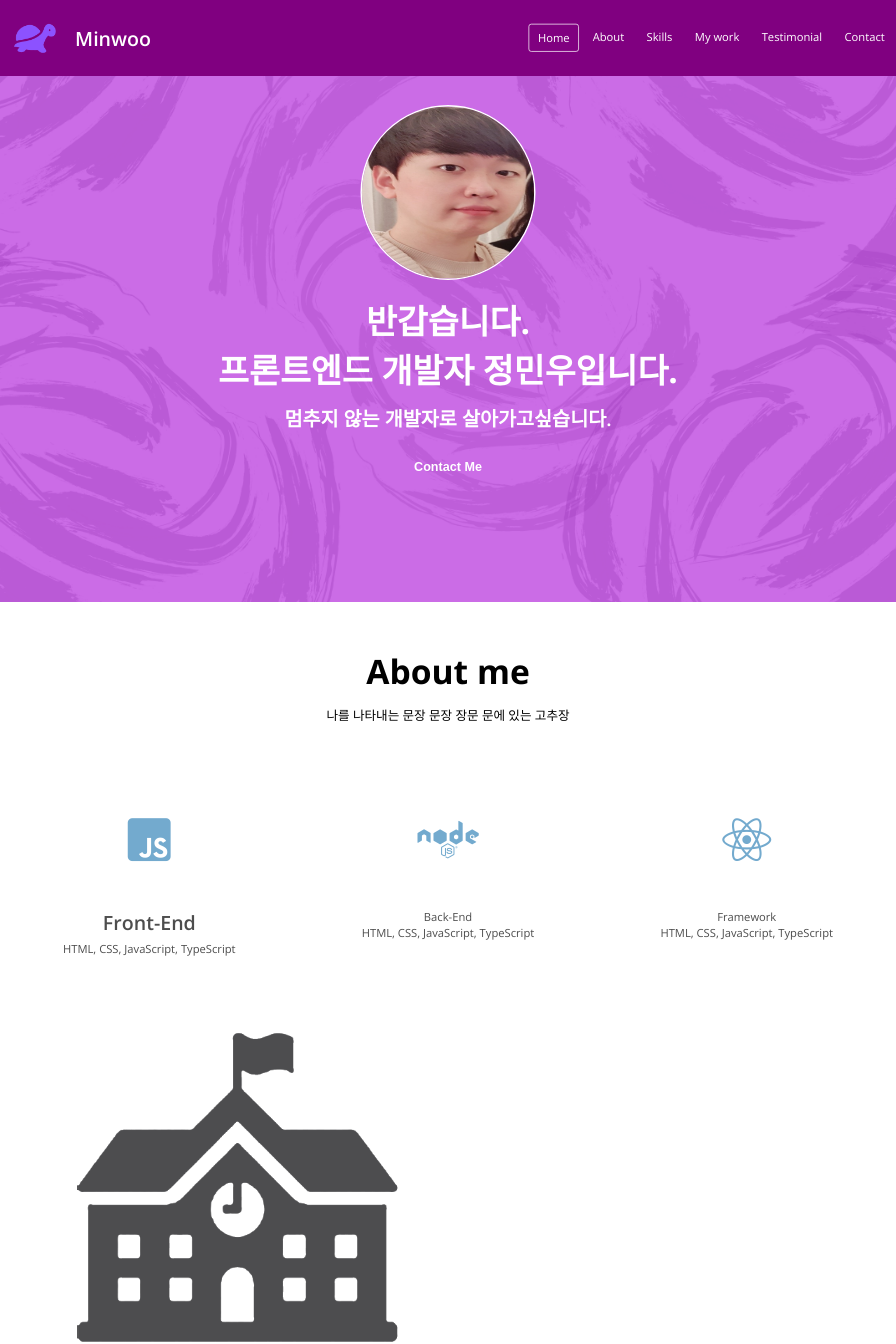
Repository: DevMinwoo-Jung/MinwooPortfolio
Page: index.html
An editor plug-in stored every save of this project. The page is shown before and after the next save, followed by the edit.
The browser window is 1280 px wide. The pictures show the part of the page from y = 0 to 1920 px (the page is 5419 px tall), at 70% of full size.

Above is the page before, as saved 2021-06-02 14:23:34.

### index.html
<!DOCTYPE html>
<html lang="en">
<head>
  <meta charset="UTF-8">
  <meta http-equiv="X-UA-Compatible" content="IE=edge">
  <meta name="viewport" content="width=device-width, initial-scale=1.0">
  <title>Minwoo's Portfolio</title>
  <meta name="description" content="(will be) world-renowned Front-End Web developer Minwoo">
  <meta name="author" content= "Minwoo Jung">
  <link rel="icon" type ="image/png" href="imgs/favicon.png">
  <link rel="stylesheet" href="https://use.fontawesome.com/releases/v5.15.3/css/all.css" integrity="sha384-SZXxX4whJ79/gErwcOYf+zWLeJdY/qpuqC4cAa9rOGUstPomtqpuNWT9wdPEn2fk" crossorigin="anonymous">
  <link rel="preconnect" href="https://fonts.gstatic.com">
<link href="https://fonts.googleapis.com/css2?family=Open+Sans:wght@400;600;700&display=swap" rel="stylesheet">
<link rel="stylesheet" href="style.css">
<script src="main.js" defer></script>
</head>
<body>
  <!-- Navbar -->
  <nav id="navbar">
    <div class="navbar__logo">
      <img src="imgs/favicon.png" alt="">
      <a href="#">Minwoo</a>
    </div>
    <div class="navbar__menu">
      <ul class="navbar__menu">
        <li class="navbar__menu__item active" data-link="#home">Home</li>
        <li class="navbar__menu__item" data-link="#about">About</li>
        <li class="navbar__menu__item" data-link="#skills">Skills</li>
        <li class="navbar__menu__item" data-link="#work">My work</li>
        <li class="navbar__menu__item" data-link="#testimonials">Testimonial</li>
        <li class="navbar__menu__item" data-link="#contact">Contact</li>
      </ul>
    </div>
  <!-- Toggle Button -->
      <button class="navbar__toggle-btn">
        <i class="fas fa-bars"></i>
      </button>
  </nav>


  <!-- Home -->
  <section id="home">
    <img src="imgs/myPhoto.jpg" alt="Minwoo's profile photo" class="home__avatar">
    <h1 class="home__title">반갑습니다. <br> 프론트엔드 개발자 정민우입니다.</h1>
    <h2 class="home__description">멈추지 않는 개발자로 살아가고싶습니다.</h2>
    <button class="home__contact" data-link="#contact">Contact Me</button>
  </section>
  <!-- About -->
  <section id="about" class="section section__container">
    <h1>About me</h1>
    <p>나를 나타내는 문장 문장 장문 문에 있는 고추장</p>
    <div class="aoubt__majors">
      <div class="major">
        <div class="major__icon">
          <i class="fab fa-js-square"></i>
        </div>
        <h2 class="major__title">Front-End</h2>
        <div class="major__description">
          HTML, CSS, JavaScript, TypeScript
        </div>
      </div>
      <div class="major">
        <div class="major__icon">
          <i class="fab fa-node"></i>
        </div>
        <div class="major__title">Back-End</div>
        <div class="major__description">
          HTML, CSS, JavaScript, TypeScript
        </div>
      </div>
      <div class="major">
        <div class="major__icon">
          <i class="fab fa-react"></i>
        </div>
        <div class="major__title">Framework</div>
        <div class="major__description">
          HTML, CSS, JavaScript, TypeScript
        </div>
      </div>
    </div>
    <div class="aoubt__jobs">
      <div class="job">
        <img src="imgs/school.png" alt="" class="job__logo">
      </div>
      <div class="job__description">
        <p class="job__period">쌍용교육센터 - 2019.09 ~ 2020.04</p>
      </div>
      <div class="job">
        <img src="imgs/school.png" alt="" class="job__logo">
      </div>
      <div class="job__description">
        <p class="job__period">호서대학교 - 2012.02 ~ 2017.02</p>
      </div>
    </div>



  </section>
  <!-- Skills -->
  <section id="skills" class="section">
    <div class="section__container">
      <h1>Skills</h1>
      <h2>Skills & Attributes</h2>
      <p>
        나를 잘 포장할 말을 쓰면 된다
      </p>
      <div class="skillset">
        <div class="skillset__left">
          <h3 class="skillset__title">Skills</h3>
          <div class="skill">
            <div class="skill__description">
              <span>HTML</span>
              <span>90%</span>
            </div>
            <div class="skill__bar">
              <div class="skill__value" style="width: 99%;"></div>
            </div>
          </div>
          <div class="skill">
            <div class="skill__description">
              <span>JavaScript</span>
              <span>90%</span>
            </div>
            <div class="skill__bar">
              <div class="skill__value"  style="width: 99%;"></div>
            </div>
          </div>
          <div class="skill">
            <div class="skill__description">
              <span>CSS</span>
              <span>90%</span>
            </div>
            <div class="skill__bar">
              <div class="skill__value"  style="width: 90%;"></div>
            </div>
          </div>
          <div class="skill">
            <div class="skill__description">
              <span>TypeScript</span>
              <span>90%</span>
            </div>
            <div class="skill__bar">
              <div class="skill__value"  style="width: 85%;"></div>
            </div>
          </div>
          <div class="skill">
            <div class="skill__description">
              <span>NodeJs</span>
              <span>90%</span>
            </div>
            <div class="skill__bar">
              <div class="skill__value"  style="width: 80%;"></div>
            </div>
          </div>
        </div>
        <div class="skillset__right">
          <div class="tools">
            <h3 class="skillset__title">Tools</h3>
            <ul class="tools__list">
              <li><span>Visual Studio Code</span></li>
              <li><span>1</span></li>
              <li><span>2</span></li>
              <li><span>3</span></li>
              <li><span>4</span></li>
            </ul>
          </div>
          <div class="etc">
            <h3 class="skillset__title">Etc</h3>
            <ul class="etc__list">
              <li><span>Git</span></li>
              <li><span>Etc</span></li>
            </ul>
          </div>
        </div>
      </div>
    </div>
  </section>
  <!-- Work -->
  <section id="work" class="section">
<div class="section__container">
  <h1>My work</h1>
  <h3>Projects</h3>
  <div class="work__categories">
    <button class="category__btn active">All <span class="category__count">8</span></button>
    <button class="category__btn">Front-End <span class="category__count">3</span></button>
    <button class="category__btn">React <span class="category__count">2</span></button>
    <button class="category__btn">vanilaJs <span class="category__count">2</span></button>
    <button class="category__btn">nodeJs <span class="category__count">1</span></button>
  </div>
  <div class="work__projects">
    <a href="mygithub" class="project" target="blank" data-type="back-end">
    <img class="project__img" src="imgs/favicon.png" alt="project1">
    <!-- 이미지 추후에 넣자 -->
    <div class="project__description">
      <h3>Proejct</h3>
      <span>Clone coding with HTML and CSS</span>
    </div>
    </a>
    <a href="mygithub" class="project" target="blank" data-type="back-end">
      <img class="project__img" src="imgs/favicon.png" alt="project1">
      <!-- 이미지 추후에 넣자 -->
      <div class="project__description">
        <h3>Proejct</h3>
        <span>Clone coding with HTML and CSS</span>
      </div>
      </a>
      <a href="mygithub" class="project" target="blank" data-type="back-end">
        <img class="project__img" src="imgs/favicon.png" alt="project1">
        <!-- 이미지 추후에 넣자 -->
        <div class="project__description">
          <h3>Proejct</h3>
          <span>Clone coding with HTML and CSS</span>
        </div>
      </a>
      <a href="mygithub" class="project" target="blank" data-type="back-end">
        <img class="project__img" src="imgs/favicon.png" alt="project1">
        <!-- 이미지 추후에 넣자 -->
        <div class="project__description">
          <h3>Proejct</h3>
          <span>Clone coding with HTML and CSS</span>
        </div>
      </a>
      <a href="mygithub" class="project" target="blank" data-type="back-end">
        <img class="project__img" src="imgs/favicon.png" alt="project1">
        <!-- 이미지 추후에 넣자 -->
        <div class="project__description">
          <h3>Proejct</h3>
          <span>Clone coding with HTML and CSS</span>
        </div>
      </a>
      <a href="mygithub" class="project" target="blank" data-type="back-end">
        <img class="project__img" src="imgs/favicon.png" alt="project1">
        <!-- 이미지 추후에 넣자 -->
        <div class="project__description">
          <h3>Proejct</h3>
          <span>Clone coding with HTML and CSS</span>
        </div>
      </a>
      <a href="mygithub" class="project" target="blank" data-type="back-end">
        <img class="project__img" src="imgs/favicon.png" alt="project1">
        <!-- 이미지 추후에 넣자 -->
        <div class="project__description">
          <h3>Proejct</h3>
          <span>Clone coding with HTML and CSS</span>
        </div>
      </a>
      <a href="mygithub" class="project" target="blank" data-type="back-end">
        <img class="project__img" src="imgs/favicon.png" alt="project1">
        <!-- 이미지 추후에 넣자 -->
        <div class="project__description">
          <h3>Proejct</h3>
          <span>Clone coding with HTML and CSS</span>
        </div>
      </a>
  </div>
</div>
  </section>
  <!-- Testimonials -->
  <section id="testimonials" class="section">
<div class="section__container">
  <h1>Testmonials</h1>
  <h3>See what they say about me</h3>
  <div class="testimonials">
    <div class="testimonial">
      <img src="imgs/testimonail/people.jpg" alt="" class="testimonial__avatar">
      <div class="testimonail__speech-bubble">
        <p>Lorem Ipsum is simply dummy text of the printing and typesetting industry. Lorem Ipsum has been the industry's standard dummy text ever since the 1500s, when an unknown printer took a galley of type and scrambled it to make a type specimen book. It has survived not only five centuries, but also the leap into electronic typesetting, remaining essentially unchanged. It was popularised in the 1960s with the release of Letraset sheets containing Lorem Ipsum passages, and more recently with desktop publishing software like Aldus PageMaker including versions of Lorem Ipsum.</p>
        <p class="name"><a href="">이름</a>일한곳</p>
      </div>
    </div>
    <div class="testimonial">
      <div class="testimonail__speech-bubble">
        <p>Lorem Ipsum is simply dummy text of the printing and typesetting industry. Lorem Ipsum has been the industry's standard dummy text ever since the 1500s, when an unknown printer took a galley of type and scrambled it to make a type specimen book. It has survived not only five centuries, but also the leap into electronic typesetting, remaining essentially unchanged. It was popularised in the 1960s with the release of Letraset sheets containing Lorem Ipsum passages, and more recently with desktop publishing software like Aldus PageMaker including versions of Lorem Ipsum.</p>
        <p class="name"><a href="">이름</a>일한곳</p>
      </div>
      <img src="imgs/testimonail/people.jpg" alt="" class="testimonial__avatar">
    </div>
  </div>
</div>
  </section>
  <!-- Contact -->
  <section id="contact" class="section">
    <h1 class="contact__title">Let's talk</h1>
    <h2 class="contact__email">applejung312@gmail.com</h2>
    <div class="contact__links">
      <a href="https://github.com/DevMinwoo-Jung" target="_blank">
        <i class="fab fa-github"></i>
      </a>
      <a href="https://dev-minwoo.tistory.com/" target="_blank">
        <i class="fas fa-blog"></i>
      </a>
    </div>
    <p class="contact__right">
      2021 Minwoo Jung - All rights reseverd
    </p>
  </section>
</body>
</html>

### main.js
'use strict'

// const scroll = window.scrollY; // 0 ~
// const navbar = document.getElementById('navbar').getBoundingClientRect().height; // 139


// Make navbar tranparent when it is on the top
const navbar = document.querySelector('#navbar');
const navbarHeight = navbar.getBoundingClientRect().height;

document.addEventListener('scroll', () => {
  if(window.scrollY > navbar){
    navbar.classList.add('navbar--dark');
  } else {
    document.getElementById('navbar').style.backgroundColor = "purple";
    navbar.classList.remove('navbar--dark');
  }
});


// handle scroll when click navbar menu
// navbar가 메뉴 가림 추후 해결 해야함 2021.06.02
const navbarMenu = document.querySelector('.navbar__menu');
navbarMenu.addEventListener('click', (event) => {
  const target = event.target;
  const link = target.dataset.link;
  if(link == null){
    return;
  }
  scollIntoView(link);
});


// handle scroll when click contact
const contactMe = document.querySelector('.home__contact');
contactMe.addEventListener('click', () => {
  scollIntoView('#contact');
});

function scollIntoView(selector){
  const scrollTo = document.querySelector(selector);
  scrollTo.scrollIntoView({ behavior: 'smooth'});
}


// home contents is faded out when scroll down
const homeContents = document.querySelector('#home');
const homeHeight = homeContents.getBoundingClientRect().height;
document.addEventListener('scroll', () => {
  if(window.scrollY > homeHeight){

    console.log(homeHeight);
  }
})

Loaded but not shown: style.css (528 lines, source omitted)

After the next save:
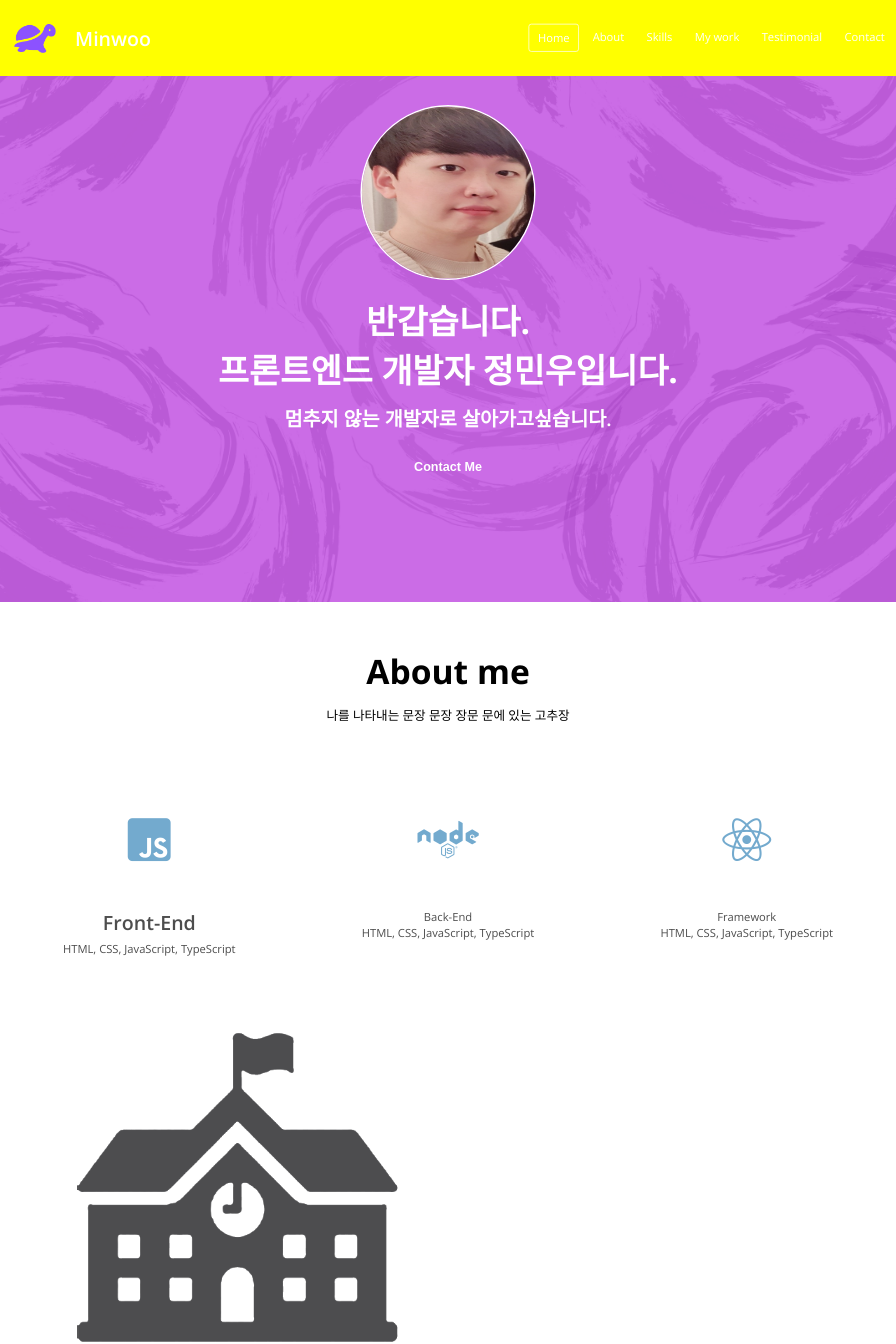
Console error (its wording comes from the project's code and is left out).
Saved 2 min 46 s later.
--- a/main.js
+++ b/main.js
@@ -12,7 +12,7 @@ document.addEventListener('scroll', () => {
   if(window.scrollY > navbar){
     navbar.classList.add('navbar--dark');
   } else {
-    document.getElementById('navbar').style.backgroundColor = "purple";
+    document.getElementById('navbar').style.backgroundColor = "yellow";
     navbar.classList.remove('navbar--dark');
   }
 });
@@ -48,7 +48,6 @@ const homeContents = document.querySelector('#home');
 const homeHeight = homeContents.getBoundingClientRect().height;
 document.addEventListener('scroll', () => {
   if(window.scrollY > homeHeight){
-
-    console.log(homeHeight);
+    homeContents.classList.add('')
   }
 })

After the save that followed:
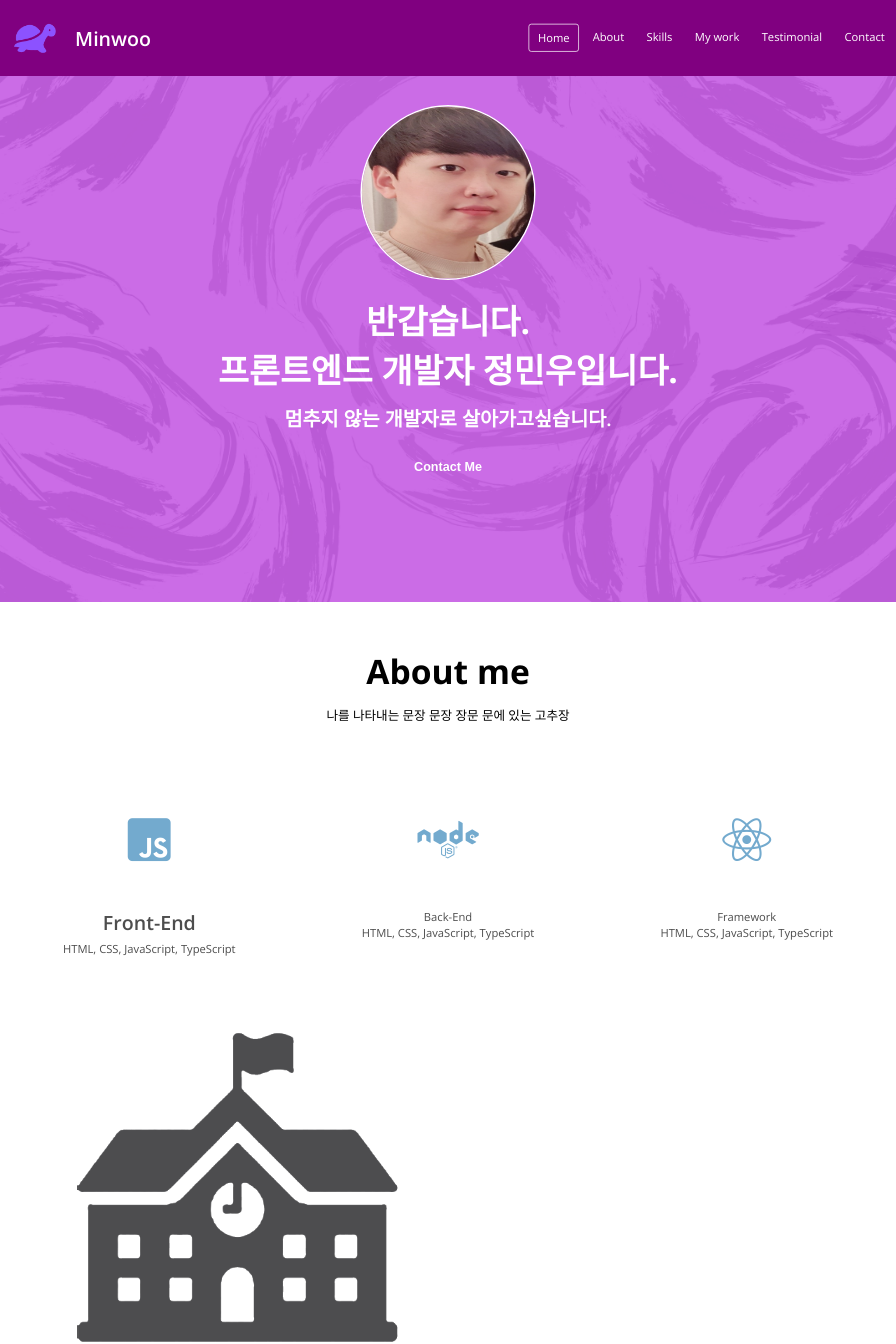
Saved 11 s later.
--- a/main.js
+++ b/main.js
@@ -12,7 +12,7 @@ document.addEventListener('scroll', () => {
   if(window.scrollY > navbar){
     navbar.classList.add('navbar--dark');
   } else {
-    document.getElementById('navbar').style.backgroundColor = "yellow";
+    document.getElementById('navbar').style.backgroundColor = "purple";
     navbar.classList.remove('navbar--dark');
   }
 });
